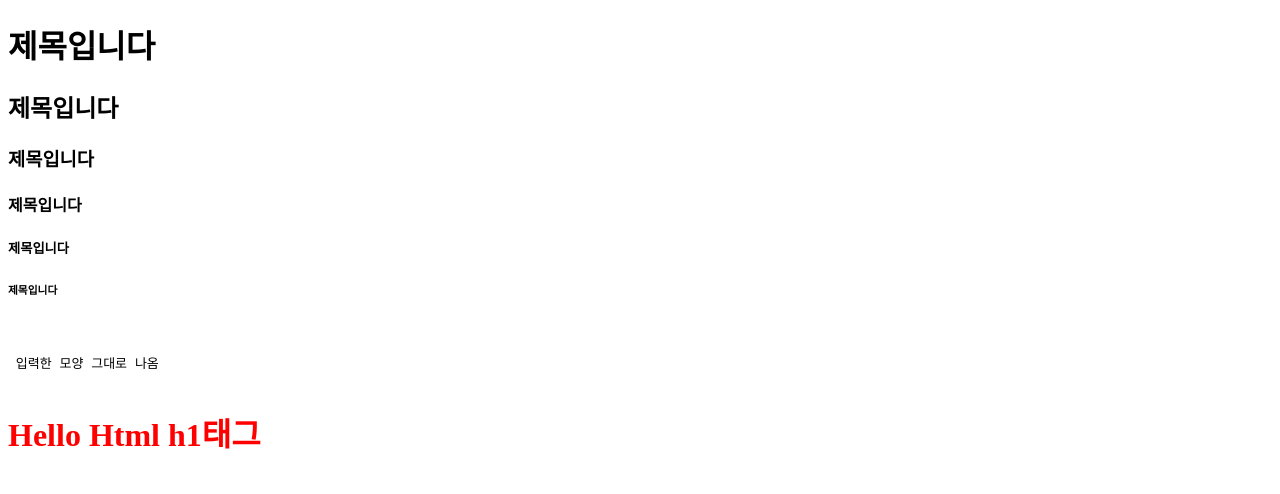
Repository: suhong99/htmlLecture
Page: sample01-1/src/main/webapp/index.html
These files come from the project's save history. The page is drawn as it stood at one moment and after the next save; the edit follows.
The browser window is 1280 px wide. The pictures show the whole page.

Above is the page before, as saved 2023-06-21 04:30:23.

### sample01-1/src/main/webapp/index.html
<!DOCTYPE html>
<html>
<head>
<meta charset="UTF-8">
<title>Insert title here</title>
</head>
<body>
<!-- 주석문 Ctrl + Shift+/ -->
<!--
	HTML -> Hyper Text Markup Language
			웹에 띄우는 언어
		Tag로 구성되어 있따
		<태그명>텍스트 </태그명>
		<태그명 속성(attribute)=값>택스트</태그명>
		<태그명 속성(attribute)="특성 : 값">택스트</태그명>
		URL -> 접속주소 Uniform Resource Locator
 -->

 <!-- heading  -->
  <h1> 제목입니다</h1>
  <h2> 제목입니다</h2>
  <h3> 제목입니다</h3>
  <h4> 제목입니다</h4>
  <h5> 제목입니다</h5>
  <h6> 제목입니다</h6>
 <!--  줄바꿈 -->
 <br>
 <pre>
 입력한 모양 그대로 나옴
 </pre>

 <!--
 	Attribute(속성)
 		<태그명 속성1명="값" 속성2명 = "값"></태그명>
 	Property(특성)
 		<xormaud thrtjd1aud="프로퍼티1:값;프로퍼티2:값"></태그명>
  -->
 <h1 style="color : red">Hello Html h1태그</h1>
</body>
</html>

After the next save:
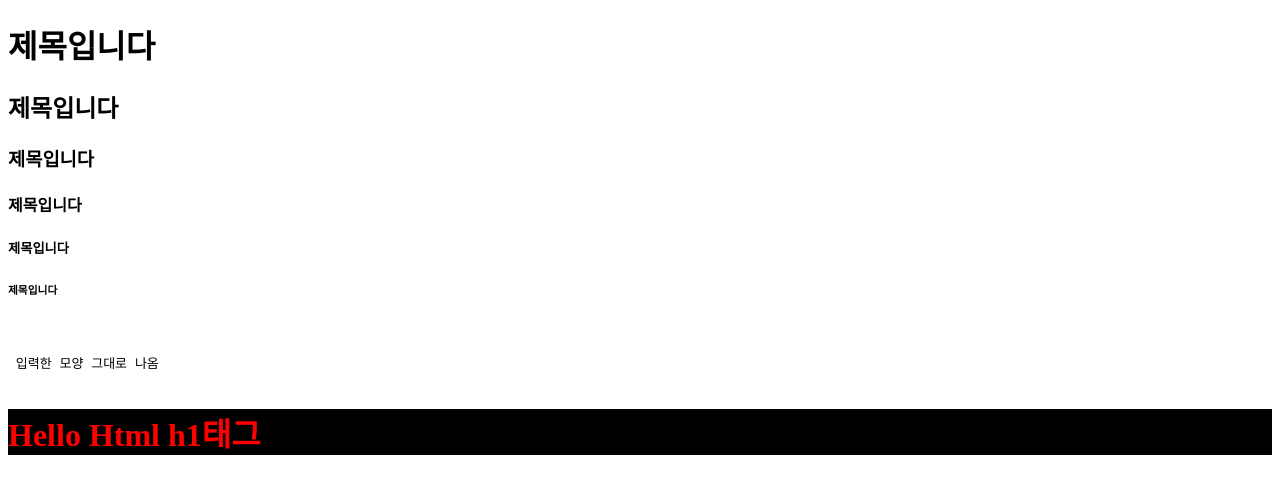
Saved 71 s later.
--- a/sample01-1/src/main/webapp/index.html
+++ b/sample01-1/src/main/webapp/index.html
@@ -35,6 +35,6 @@
  	Property(특성)
  		<xormaud thrtjd1aud="프로퍼티1:값;프로퍼티2:값"></태그명>
   -->
- <h1 style="color : red">Hello Html h1태그</h1>
+ <h1 style="color : red; background-color:black">Hello Html h1태그</h1>
 </body>
 </html>
